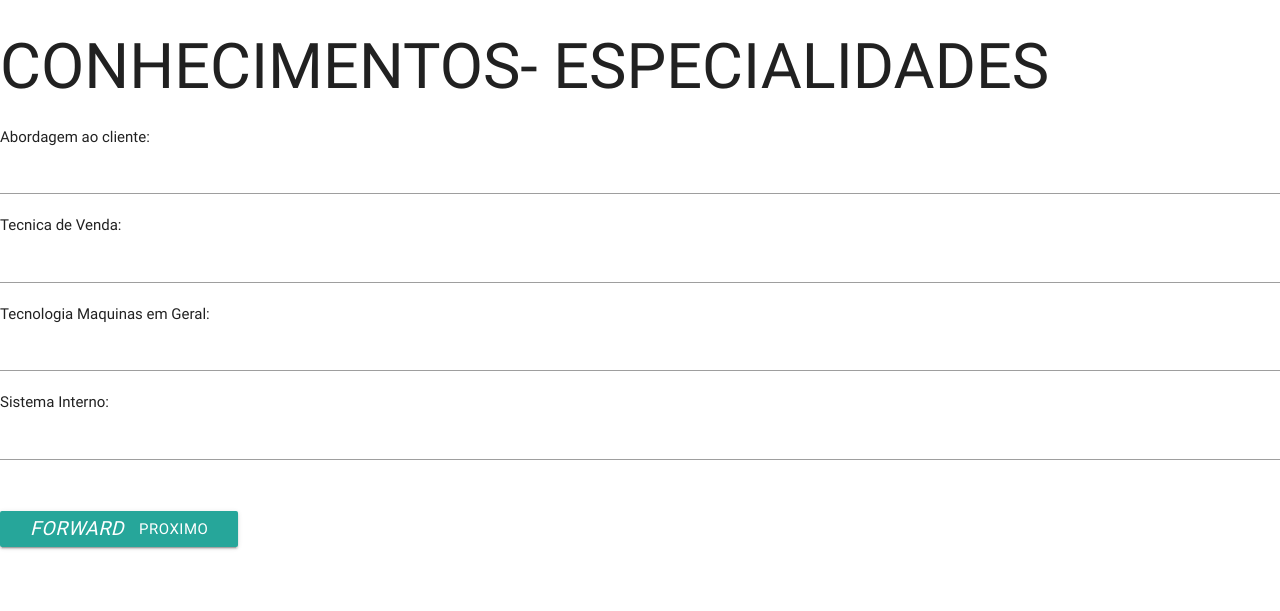
Repository: cspreng/Questionario
Page: http://localhost/cadastro/conhecimentos
These files come from the project's save history. The page is drawn as it stood at one moment and after the next save; the edit follows.
The browser window is 1280 px wide. The pictures show the whole page.
The page is this project's Thymeleaf template; nobody is signed in. The template is opened directly, without the code that normally fills it, so the values that code supplies are empty.

Above is the page before, as saved 2021-07-27 02:01:53.
Console error: ReferenceError: $ is not defined

### questionario/src/main/resources/templates/cadastro/conhecimentos.html
<!DOCTYPE html>
<html xmlns:th="http://thymeleaf.org"
	  xmlns:layout="http://www.ultraq.net.nz/thymeleaf/layout">

<head>
	<title>INDICADORES COMPOSTAMENTAIS</title>
	<!--Import Google Icon Font-->
      <link href="https://fonts.googleapis.com/icon?family=Material+Icons" rel="stylesheet">
      <!--Import materialize.css-->
      <link type="text/css" rel="stylesheet" href="materialize/css/materialize.min.css"  media="screen,projection"/>

      <!--Let browser know website is optimized for mobile-->
      <meta name="viewport" content="width=device-width, initial-scale=1.0"/>
<body>

	<h1>CONHECIMENTOS- ESPECIALIDADES</h1>
	<form method="post">
		Abordagem ao cliente: <input type="text" value= "" name="abordagem"/>
	Tecnica de Venda: <input type="text" value= "" name="venda"/>
		Tecnologia Maquinas em Geral: <input type="text" value= "" name="tecnologia"/>
		Sistema Interno: <input type="text" value= "" name="sistema"/>



		<h3><a href= "/habilidades" class="waves-effect waves-light btn"><i class="material-icons left">forward</i>Proximo</a></h3>


	</form>


	<script type="text/javascript" src="materialize/js/materialize.min.js"></script>
</body>

</head>


</html>

Loaded but not shown: questionario/src/main/resources/static/materialize/css/materialize.min.css (library); questionario/src/main/resources/static/materialize/js/materialize.min.js (library)

After the next save:
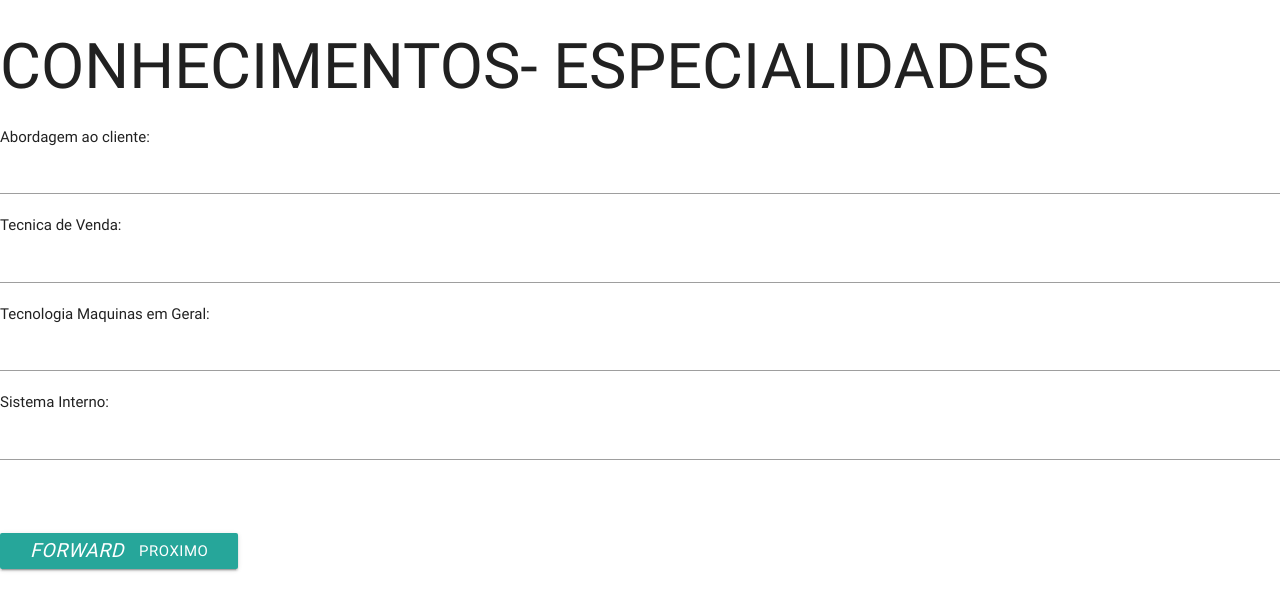
Saved 77 s later.
--- a/questionario/src/main/resources/templates/cadastro/conhecimentos.html
+++ b/questionario/src/main/resources/templates/cadastro/conhecimentos.html
@@ -22,7 +22,7 @@
 
 
 
-		<h3><a href= "/habilidades" class="waves-effect waves-light btn"><i class="material-icons left">forward</i>Proximo</a></h3>
+		<h1><a href= "/habilidades" class="waves-effect waves-light btn"><i class="material-icons left">forward</i>Proximo</a></h1>
 
 
 	</form>
